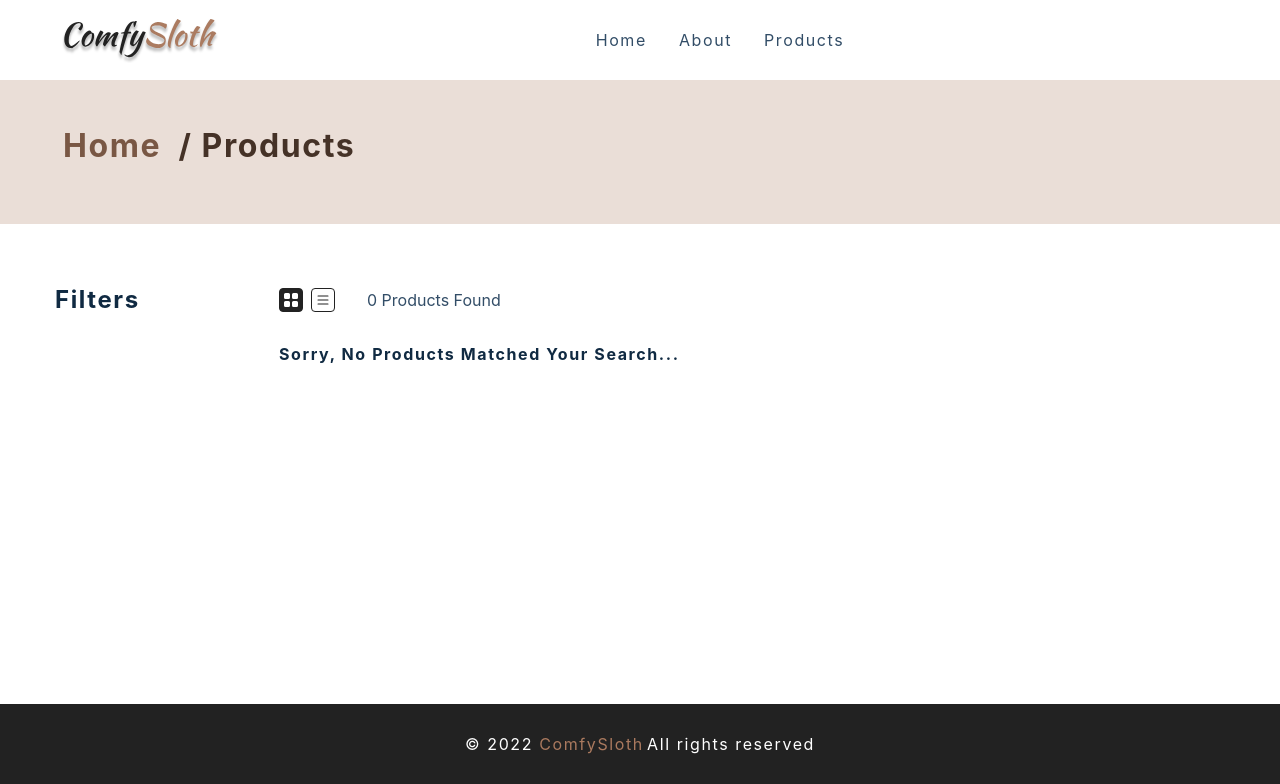
Repository: MateuszWorek/react-comfy-store
Page: /products
The author's editor kept a copy of each file at every save. The page is drawn from the files as they stood at one save, then again after the next save.
The browser window is 1280 px wide. The pictures show the whole page.
The page's requests for data from a server got no answer. The project was rebuilt for these pictures with package versions that can differ from the ones it lists, and the page was loaded fresh each time. A package was used in the major version that the imports need, not the one package.json lists. No one was signed in, and anything a server would have sent is missing. Also part of the build but not shown: src/components/Error.js, src/components/Loading.js, src/components/Product.js, src/components/FeaturedProducts.js, src/reducers/cart_reducer.js, src/context/cart_context.js, src/context/user_context.js, src/components/Hero.js and 19 more. Imported but missing from the stored project, and not drawn on this page: src/components/AmountButtons.

Above is the page before, as saved 2022-07-17 09:12:35.

### src/index.js
import React from 'react';
import ReactDOM from 'react-dom';
import './index.css';
import App from './App';
import { ProductsProvider } from './context/products_context';
import { FilterProvider } from './context/filter_context';
import { CartProvider } from './context/cart_context';
import { UserProvider } from './context/user_context';
import { Auth0Provider } from '@auth0/auth0-react';

ReactDOM.render(
  <ProductsProvider>
    <FilterProvider>
      <App />
    </FilterProvider>
  </ProductsProvider>,
  document.getElementById('root')
);

### src/App.js
import React from 'react';
import { BrowserRouter as Router, Switch, Route } from 'react-router-dom';
import { Navbar, Sidebar, Footer } from './components';
import {
  Home,
  SingleProduct,
  Cart,
  Checkout,
  Error,
  About,
  Products,
  PrivateRoute,
} from './pages';

function App() {
  return (
    <Router>
      <Navbar />
      <Sidebar />
      <Switch>
        <Route exact path='/'>
          <Home />
        </Route>
        <Route exact path='/about'>
          <About />
        </Route>
        <Route exact path='cart'>
          <Cart />
        </Route>
        <Route exact path='/products'>
          <Products />
        </Route>
        <Route exact path='/products/:id' children={<SingleProduct />} />
        <Route exact path='/checkout'>
          <Checkout />
        </Route>
        <Route exact path='*'>
          <Error />
        </Route>
      </Switch>
      <Footer />
    </Router>
  );
}

export default App;

### src/context/products_context.js
import axios from 'axios';
import React, { useContext, useEffect, useReducer } from 'react';
import reducer from '../reducers/products_reducer';
import { products_url as url } from '../utils/constants';
import {
  SIDEBAR_OPEN,
  SIDEBAR_CLOSE,
  GET_PRODUCTS_BEGIN,
  GET_PRODUCTS_SUCCESS,
  GET_PRODUCTS_ERROR,
  GET_SINGLE_PRODUCT_BEGIN,
  GET_SINGLE_PRODUCT_SUCCESS,
  GET_SINGLE_PRODUCT_ERROR,
} from '../actions';

const initialState = {
  isSidebarOpen: false,
  products_loading: false,
  products_error: false,
  products: [],
  featured_products: [],
  single_product_loading: false,
  single_product_error: false,
  single_product: {},
};

const ProductsContext = React.createContext();

export const ProductsProvider = ({ children }) => {
  const [state, dispatch] = useReducer(reducer, initialState);
  const openSidebar = () => {
    dispatch({ type: SIDEBAR_OPEN });
  };
  const closeSidebar = () => {
    dispatch({ type: SIDEBAR_CLOSE });
  };

  const fetchProducts = async (url) => {
    dispatch({ type: GET_PRODUCTS_BEGIN });
    try {
      const response = await axios.get(url);
      const products = await response.data;
      dispatch({ type: GET_PRODUCTS_SUCCESS, payload: products });
    } catch (error) {
      dispatch({ type: GET_PRODUCTS_ERROR });
      console.log(error);
    }
  };

  const fetchSingleProduct = async (url) => {
    dispatch({ type: GET_SINGLE_PRODUCT_BEGIN });
    try {
      const response = await axios.get(url);
      const singleProduct = response.data;
      dispatch({ type: GET_SINGLE_PRODUCT_SUCCESS, payload: singleProduct });
    } catch (error) {
      dispatch({ type: GET_SINGLE_PRODUCT_ERROR });
    }
  };

  useEffect(() => {
    fetchProducts(url);
  }, []);

  return (
    <ProductsContext.Provider
      value={{ ...state, openSidebar, closeSidebar, fetchSingleProduct }}
    >
      {children}
    </ProductsContext.Provider>
  );
};

export const useProductsContext = () => {
  return useContext(ProductsContext);
};

### src/context/filter_context.js
import React, { useEffect, useContext, useReducer } from 'react';
import reducer from '../reducers/filter_reducer';
import {
  LOAD_PRODUCTS,
  SET_GRIDVIEW,
  SET_LISTVIEW,
  UPDATE_SORT,
  SORT_PRODUCTS,
  UPDATE_FILTERS,
  FILTER_PRODUCTS,
  CLEAR_FILTERS,
} from '../actions';
import { useProductsContext } from './products_context';

const initialState = {
  filtered_products: [],
  all_products: [],
  grid_view: true,
};

const FilterContext = React.createContext();

export const FilterProvider = ({ children }) => {
  const { products } = useProductsContext();
  const [state, dispatch] = useReducer(reducer, initialState);

  useEffect(() => {
    dispatch({ type: LOAD_PRODUCTS, payload: products });
  }, [products]);

  return (
    <FilterContext.Provider value={{ ...state }}>
      {children}
    </FilterContext.Provider>
  );
};
// make sure use
export const useFilterContext = () => {
  return useContext(FilterContext);
};

### src/components/index.js
import FeaturedProducts from './FeaturedProducts'
import Navbar from './Navbar'
import CartButtons from './CartButtons'
import Footer from './Footer'
import Sidebar from './Sidebar'
import Hero from './Hero'
import Services from './Services'
import Contact from './Contact'
import Loading from './Loading'
import Error from './Error'
import ProductImages from './ProductImages'
import AddToCart from './AddToCart'
import Filters from './Filters'
import ProductList from './ProductList'
import Sort from './Sort'
import Stars from './Stars'
import CartContent from './CarContent'
import PageHero from './PageHero'
import StripeCheckout from './StripeCheckout'
export {
  FeaturedProducts,
  Navbar,
  CartButtons,
  Footer,
  Sidebar,
  Hero,
  Services,
  Contact,
  Loading,
  Error,
  ProductImages,
  AddToCart,
  Filters,
  ProductList,
  Sort,
  Stars,
  CartContent,
  PageHero,
  StripeCheckout,
}

### src/pages/index.js
import Home from './HomePage';
import Products from './ProductsPage';
import SingleProduct from './SingleProductPage';
import About from './AboutPage';
import Cart from './CartPage';
import Error from './ErrorPage';
import Checkout from './CheckoutPage';
import PrivateRoute from './PrivateRoute';

export {
  Home,
  Products,
  SingleProduct,
  About,
  Cart,
  Error,
  Checkout,
  PrivateRoute,
};

### src/reducers/products_reducer.js
import {
  SIDEBAR_OPEN,
  SIDEBAR_CLOSE,
  GET_PRODUCTS_BEGIN,
  GET_PRODUCTS_SUCCESS,
  GET_PRODUCTS_ERROR,
  GET_SINGLE_PRODUCT_BEGIN,
  GET_SINGLE_PRODUCT_SUCCESS,
  GET_SINGLE_PRODUCT_ERROR,
} from '../actions';

const products_reducer = (state, action) => {
  /* SIDEBAR */
  if (action.type === SIDEBAR_OPEN) {
    // console.log(state);
    return { ...state, isSidebarOpen: true };
  }
  if (action.type === SIDEBAR_CLOSE) {
    // console.log(state);
    return { ...state, isSidebarOpen: false };
  }

  /* PRODUCTS */
  if (action.type === GET_PRODUCTS_BEGIN) {
    return { ...state, products_loading: true };
  }
  if (action.type === GET_PRODUCTS_SUCCESS) {
    const featured_products = action.payload.filter((product) => {
      return product.featured === true;
    });
    return {
      ...state,
      products_loading: false,
      products: action.payload,
      featured_products: featured_products,
    };
  }
  if (action.type === GET_PRODUCTS_ERROR) {
    return { ...state, products_loading: true, error: true };
  }

  /* SINGLE PRODUCT */
  if (action.type === GET_SINGLE_PRODUCT_BEGIN) {
    return {
      ...state,
      single_product_loading: true,
      single_product_error: false,
    };
  }
  if (action.type === GET_SINGLE_PRODUCT_SUCCESS) {
    return {
      ...state,
      single_product_loading: false,
      single_product: action.payload,
    };
  }
  if (action.type === GET_SINGLE_PRODUCT_ERROR) {
    return {
      ...state,
      single_product_loading: false,
      single_product_error: true,
    };
  }

  // return state;

  throw new Error(`No Matching "${action.type}" - action type`);
};

export default products_reducer;

### src/utils/constants.js
import React from 'react'
import { GiCompass, GiDiamondHard, GiStabbedNote } from 'react-icons/gi'
export const links = [
  {
    id: 1,
    text: 'home',
    url: '/',
  },
  {
    id: 2,
    text: 'about',
    url: '/about',
  },
  {
    id: 3,
    text: 'products',
    url: '/products',
  },
]

export const services = [
  {
    id: 1,
    icon: <GiCompass />,
    title: 'mission',
    text:
      'Lorem ipsum, dolor sit amet consectetur adipisicing elit. Voluptates, ea. Perferendis corrupti reiciendis nesciunt rerum velit autem unde numquam nisi',
  },
  {
    id: 2,
    icon: <GiDiamondHard />,
    title: 'vision',
    text:
      'Lorem ipsum, dolor sit amet consectetur adipisicing elit. Voluptates, ea. Perferendis corrupti reiciendis nesciunt rerum velit autem unde numquam nisi',
  },
  {
    id: 3,
    icon: <GiStabbedNote />,
    title: 'history',
    text:
      'Lorem ipsum, dolor sit amet consectetur adipisicing elit. Voluptates, ea. Perferendis corrupti reiciendis nesciunt rerum velit autem unde numquam nisi',
  },
]

export const products_url = 'https://course-api.com/react-store-products'

export const single_product_url = `https://course-api.com/react-store-single-product?id=`

### src/actions.js
export const SIDEBAR_OPEN = 'SIDEBAR_OPEN'
export const SIDEBAR_CLOSE = 'SIDEBAR_CLOSE'
export const GET_PRODUCTS_BEGIN = 'GET_PRODUCTS_BEGIN'
export const GET_PRODUCTS_SUCCESS = 'GET_PRODUCTS_SUCCESS'
export const GET_PRODUCTS_ERROR = 'GET_PRODUCTS_ERROR'
export const GET_SINGLE_PRODUCT_BEGIN = 'GET_SINGLE_PRODUCT_BEGIN'
export const GET_SINGLE_PRODUCT_SUCCESS = 'GET_SINGLE_PRODUCT_SUCCESS'
export const GET_SINGLE_PRODUCT_ERROR = 'GET_SINGLE_PRODUCT_ERROR'
export const LOAD_PRODUCTS = 'LOAD_PRODUCTS'
export const SET_GRIDVIEW = 'SET_GRIDVIEW'
export const SET_LISTVIEW = 'SET_LISTVIEW'
export const UPDATE_SORT = 'UPDATE_SORT'
export const SORT_PRODUCTS = 'SORT_PRODUCTS'
export const UPDATE_FILTERS = 'UPDATE_FILTERS'
export const FILTER_PRODUCTS = 'FILTER_PRODUCTS'
export const CLEAR_FILTERS = 'CLEAR_FILTERS'
export const ADD_TO_CART = 'ADD_TO_CART'
export const REMOVE_CART_ITEM = 'REMOVE_CART_ITEM'
export const TOGGLE_CART_ITEM_AMOUNT = 'TOGGLE_CART_ITEM_AMOUNT'
export const CLEAR_CART = 'CLEAR_CART'
export const COUNT_CART_TOTALS = 'COUNT_CART_TOTALS'

### src/reducers/filter_reducer.js
import {
  LOAD_PRODUCTS,
  SET_LISTVIEW,
  SET_GRIDVIEW,
  UPDATE_SORT,
  SORT_PRODUCTS,
  UPDATE_FILTERS,
  FILTER_PRODUCTS,
  CLEAR_FILTERS,
} from '../actions';

const filter_reducer = (state, action) => {
  if (action.type === LOAD_PRODUCTS) {
    return {
      ...state,
      all_products: [...action.payload],
      filtered_products: [...action.payload],
    };
  }
  // return state;

  throw new Error(`No Matching "${action.type}" - action type`);
};

export default filter_reducer;

### src/components/Navbar.js
import React from 'react';
import styled from 'styled-components';
import logo from '../assets/logo.svg';
import { FaBars } from 'react-icons/fa';
import { Link } from 'react-router-dom';
import { links } from '../utils/constants';
import CartButtons from './CartButtons';
import { useProductsContext } from '../context/products_context';
import { useUserContext } from '../context/user_context';

const Nav = () => {
  const { openSidebar } = useProductsContext();
  return (
    <NavContainer>
      <div className='nav-center'>
        <div className='nav-header'>
          <Link to='/'>
            <img src={logo} alt='comfy sloth' />
          </Link>
          <button type='buttton' className='nav-toggle' onClick={openSidebar}>
            <FaBars />
          </button>
        </div>
        <ul className='nav-links'>
          {links.map((link) => {
            const { id, text, url } = link;
            return (
              <li key={id}>
                <Link to={url}>{text}</Link>
              </li>
            );
          })}
        </ul>
      </div>
    </NavContainer>
  );
};

const NavContainer = styled.nav`
  height: 5rem;
  display: flex;
  align-items: center;
  justify-content: center;

  .nav-center {
    width: 90vw;
    margin: 0 auto;
    max-width: var(--max-width);
  }
  .nav-header {
    display: flex;
    align-items: center;
    justify-content: space-between;
    img {
      width: 175px;
      margin-left: -15px;
    }
  }
  .nav-toggle {
    background: transparent;
    border: transparent;
    color: var(--clr-primary-5);
    cursor: pointer;
    svg {
      font-size: 2rem;
    }
  }
  .nav-links {
    display: none;
  }
  .cart-btn-wrapper {
    display: none;
  }
  @media (min-width: 992px) {
    .nav-toggle {
      display: none;
    }
    .nav-center {
      display: grid;
      grid-template-columns: auto 1fr auto;
      align-items: center;
    }
    .nav-links {
      display: flex;
      justify-content: center;
      li {
        margin: 0 0.5rem;
      }
      a {
        color: var(--clr-grey-3);
        font-size: 1rem;
        text-transform: capitalize;
        letter-spacing: var(--spacing);
        padding: 0.5rem;
        &:hover {
          border-bottom: 2px solid var(--clr-primary-7);
        }
      }
    }
    .cart-btn-wrapper {
      display: grid;
    }
  }
`;

export default Nav;

### src/components/CartButtons.js
import React from 'react';
import { FaShoppingCart, FaUserMinus, FaUserPlus } from 'react-icons/fa';
import { Link } from 'react-router-dom';
import styled from 'styled-components';
import { useProductsContext } from '../context/products_context';
import { useCartContext } from '../context/cart_context';
import { useUserContext } from '../context/user_context';

const CartButtons = () => {
  const { closeSidebar } = useProductsContext();

  return (
    <Wrapper className='cart-btn-wrapper'>
      <Link to='/cart' className='cart-btn' onClick={closeSidebar}>
        Cart{' '}
        <span className='cart-container'>
          <FaShoppingCart />
          <span className='cart-value'>12</span>
        </span>
      </Link>
      <button type='button' className='auth-btn'>
        Login <FaUserPlus />
      </button>
    </Wrapper>
  );
};

const Wrapper = styled.div`
  display: grid;
  grid-template-columns: 1fr 1fr;
  align-items: center;
  width: 225px;

  .cart-btn {
    color: var(--clr-grey-1);
    font-size: 1.5rem;
    letter-spacing: var(--spacing);
    color: var(--clr-grey-1);
    display: flex;

    align-items: center;
  }
  .cart-container {
    display: flex;
    align-items: center;
    position: relative;
    svg {
      height: 1.6rem;
      margin-left: 5px;
    }
  }
  .cart-value {
    position: absolute;
    top: -10px;
    right: -16px;
    background: var(--clr-primary-5);
    width: 16px;
    height: 16px;
    display: flex;
    align-items: center;
    justify-content: center;
    border-radius: 50%;
    font-size: 0.75rem;
    color: var(--clr-white);
    padding: 12px;
  }
  .auth-btn {
    display: flex;
    align-items: center;
    background: transparent;
    border-color: transparent;
    font-size: 1.5rem;
    cursor: pointer;
    color: var(--clr-grey-1);
    letter-spacing: var(--spacing);
    svg {
      margin-left: 5px;
    }
  }
`;
export default CartButtons;

### src/components/Footer.js
import React from 'react';
import styled from 'styled-components';
const Footer = () => {
  return (
    <Wrapper>
      <h5>
        &copy; {new Date().getFullYear()}
        <span> ComfySloth</span>
      </h5>
      <h5>All rights reserved</h5>
    </Wrapper>
  );
};

const Wrapper = styled.footer`
  height: 5rem;
  display: flex;
  flex-direction: column;
  justify-content: center;
  align-items: center;
  background: var(--clr-black);
  text-align: center;
  span {
    color: var(--clr-primary-5);
  }
  h5 {
    color: var(--clr-white);
    margin: 0.1rem;

    font-weight: 400;
    text-transform: none;
    line-height: 1.25;
  }
  @media (min-width: 776px) {
    flex-direction: row;
  }
`;

export default Footer;

### src/components/Filters.js
import React from 'react'
import styled from 'styled-components'
import { useFilterContext } from '../context/filter_context'
import { getUniqueValues, formatPrice } from '../utils/helpers'
import { FaCheck } from 'react-icons/fa'

const Filters = () => {
  return <h4>filters</h4>
}

const Wrapper = styled.section`
  .form-control {
    margin-bottom: 1.25rem;
    h5 {
      margin-bottom: 0.5rem;
    }
  }
  .search-input {
    padding: 0.5rem;
    background: var(--clr-grey-10);
    border-radius: var(--radius);
    border-color: transparent;
    letter-spacing: var(--spacing);
  }
  .search-input::placeholder {
    text-transform: capitalize;
  }

  button {
    display: block;
    margin: 0.25em 0;
    padding: 0.25rem 0;
    text-transform: capitalize;
    background: transparent;
    border: none;
    border-bottom: 1px solid transparent;
    letter-spacing: var(--spacing);
    color: var(--clr-grey-5);
    cursor: pointer;
  }
  .active {
    border-color: var(--clr-grey-5);
  }
  .company {
    background: var(--clr-grey-10);
    border-radius: var(--radius);
    border-color: transparent;
    padding: 0.25rem;
  }
  .colors {
    display: flex;
    align-items: center;
  }
  .color-btn {
    display: inline-block;
    width: 1rem;
    height: 1rem;
    border-radius: 50%;
    background: #222;
    margin-right: 0.5rem;
    border: none;
    cursor: pointer;
    opacity: 0.5;
    display: flex;
    align-items: center;
    justify-content: center;
    svg {
      font-size: 0.5rem;
      color: var(--clr-white);
    }
  }
  .all-btn {
    display: flex;
    align-items: center;
    justify-content: center;
    margin-right: 0.5rem;
    opacity: 0.5;
  }
  .active {
    opacity: 1;
  }
  .all-btn .active {
    text-decoration: underline;
  }
  .price {
    margin-bottom: 0.25rem;
  }
  .shipping {
    display: grid;
    grid-template-columns: auto 1fr;
    align-items: center;
    text-transform: capitalize;
    column-gap: 0.5rem;
    font-size: 1rem;
  }
  .clear-btn {
    background: var(--clr-red-dark);
    color: var(--clr-white);
    padding: 0.25rem 0.5rem;
    border-radius: var(--radius);
  }
  @media (min-width: 768px) {
    .content {
      position: sticky;
      top: 1rem;
    }
  }
`

export default Filters

### src/components/ProductList.js
import React from 'react';
import { useFilterContext } from '../context/filter_context';
import GridView from './GridView';
import ListView from './ListView';

const ProductList = () => {
  const { filtered_products: products, grid_view } = useFilterContext();
  if (products.length < 1) {
    return (
      <h5 style={{ texTransform: 'none' }}>
        Sorry, no products matched your search...
      </h5>
    );
  }
  if (grid_view === false) {
    return <ListView products={products}>Product list</ListView>;
  }

  return <GridView products={products}>product list</GridView>;
};

export default ProductList;

### src/components/Sort.js
import React from 'react';
import { useFilterContext } from '../context/filter_context';
import { BsFillGridFill, BsList } from 'react-icons/bs';
import styled from 'styled-components';

const Sort = () => {
  const { filtered_products: products, grid_view } = useFilterContext();

  return (
    <Wrapper>
      <div className='btn-container'>
        <button type='button' className={`${grid_view ? 'active' : null}`}>
          <BsFillGridFill />
        </button>
        <button type='button' className={`${!grid_view ? 'active' : null}`}>
          <BsList />
        </button>
      </div>
      <p>{products.length} products found</p>
    </Wrapper>
  );
};

const Wrapper = styled.section`
  display: grid;
  grid-template-columns: auto auto 1fr auto;
  align-items: center;
  margin-bottom: 2rem;
  column-gap: 2rem;
  @media (max-width: 576px) {
    display: grid;
    grid-template-columns: 1fr;
    row-gap: 0.75rem;
    .btn-container {
      width: 50px;
    }
    label {
      display: inline-block;
      margin-right: 0.5rem;
    }
  }
  @media (min-width: 768px) {
    column-gap: 2rem;
  }
  p {
    text-transform: capitalize;
    margin-bottom: 0;
  }

  .btn-container {
    display: grid;
    grid-template-columns: 1fr 1fr;
    column-gap: 0.5rem;
    button {
      background: transparent;
      border: 1px solid var(--clr-black);
      color: var(--clr-black);
      width: 1.5rem;
      border-radius: var(--radius);
      height: 1.5rem;
      display: flex;
      align-items: center;
      justify-content: center;
      cursor: pointer;
      svg {
        font-size: 1rem;
      }
    }
    .active {
      background: var(--clr-black);
      color: var(--clr-white);
    }
  }

  .sort-input {
    border-color: transparent;
    font-size: 1rem;
    text-transform: capitalize;
    padding: 0.25rem 0.5rem;
  }
  label {
    font-size: 1rem;
    text-transform: capitalize;
  }
`;

export default Sort;

### src/components/PageHero.js
import React from 'react';
import styled from 'styled-components';
import { Link } from 'react-router-dom';

const PageHero = ({ title, product }) => {
  return (
    <Wrapper>
      <div className='section-center'>
        <h3>
          <Link to='/'>Home</Link> /{' '}
          {product && <Link to='/products'>Products /</Link>} {title}
        </h3>
      </div>
    </Wrapper>
  );
};

const Wrapper = styled.section`
  background: var(--clr-primary-10);
  width: 100%;
  min-height: 20vh;
  display: flex;
  align-items: center;

  color: var(--clr-primary-1);
  a {
    color: var(--clr-primary-3);
    padding: 0.5rem;
    transition: var(--transition);
  }
  a:hover {
    color: var(--clr-primary-1);
  }
`;

export default PageHero;

### src/pages/ProductsPage.js
import React from 'react';
import styled from 'styled-components';
import { Filters, ProductList, Sort, PageHero } from '../components';

const ProductsPage = () => {
  return (
    <main>
      <PageHero title='products' />
      <Wrapper className='page'>
        <div className='section-center products'>
          <Filters />
          <div>
            <Sort />
            <ProductList />
          </div>
        </div>
      </Wrapper>
    </main>
  );
};

const Wrapper = styled.div`
  .products {
    display: grid;
    gap: 3rem 1.5rem;
    margin: 4rem auto;
  }
  @media (min-width: 768px) {
    .products {
      grid-template-columns: 200px 1fr;
    }
  }
`;

export default ProductsPage;

### src/utils/helpers.js
export const formatPrice = (number) => {
  return new Intl.NumberFormat('en-US', {
    style: 'currency',
    currency: 'USD',
  }).format(number / 100);
};

export const getUniqueValues = () => {};

Loaded but not shown: public/index.html (common file); src/index.css (common file); src/components/Sidebar.js (118 lines, source omitted)

After the next save:
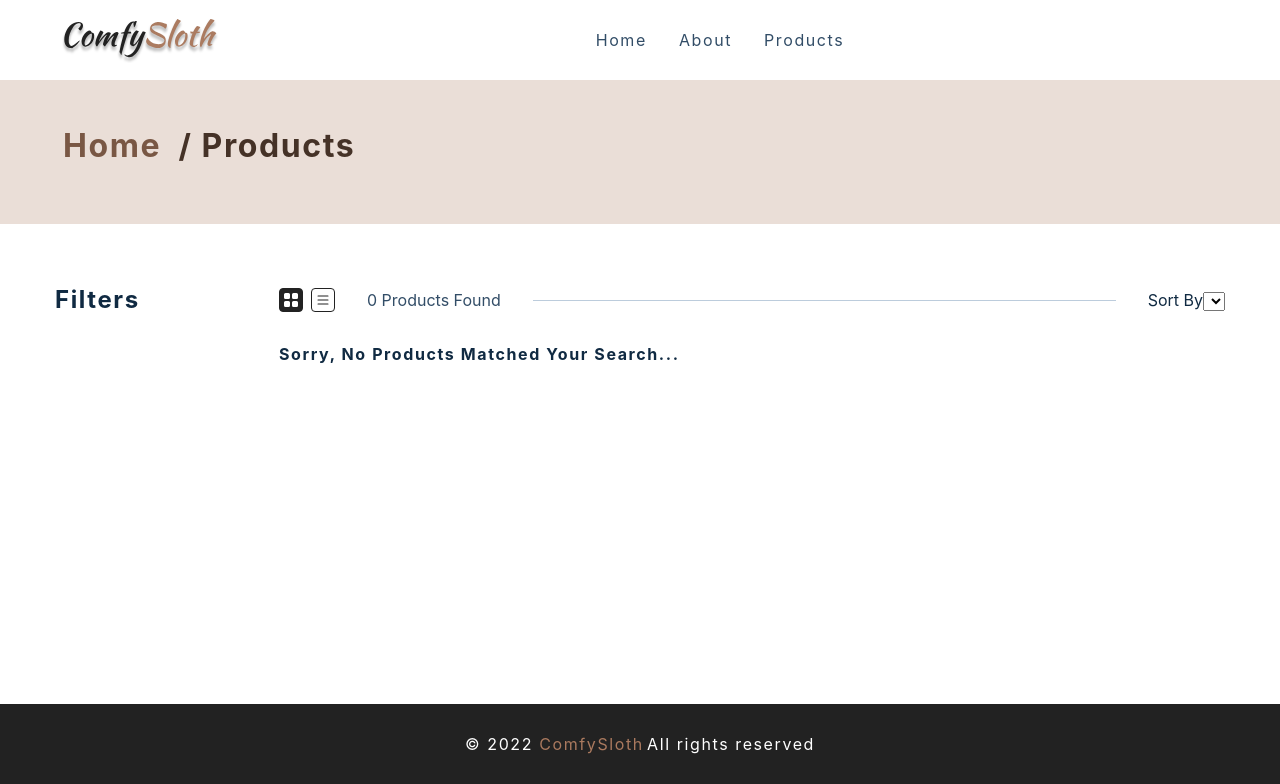
Saved 47 s later.
--- a/src/components/Sort.js
+++ b/src/components/Sort.js
@@ -17,6 +17,11 @@ const Sort = () => {
         </button>
       </div>
       <p>{products.length} products found</p>
+      <hr />
+      <form>
+        <label htmlFor='sort'>sort by</label>
+        <select name='sort' id='sort'></select>
+      </form>
     </Wrapper>
   );
 };
